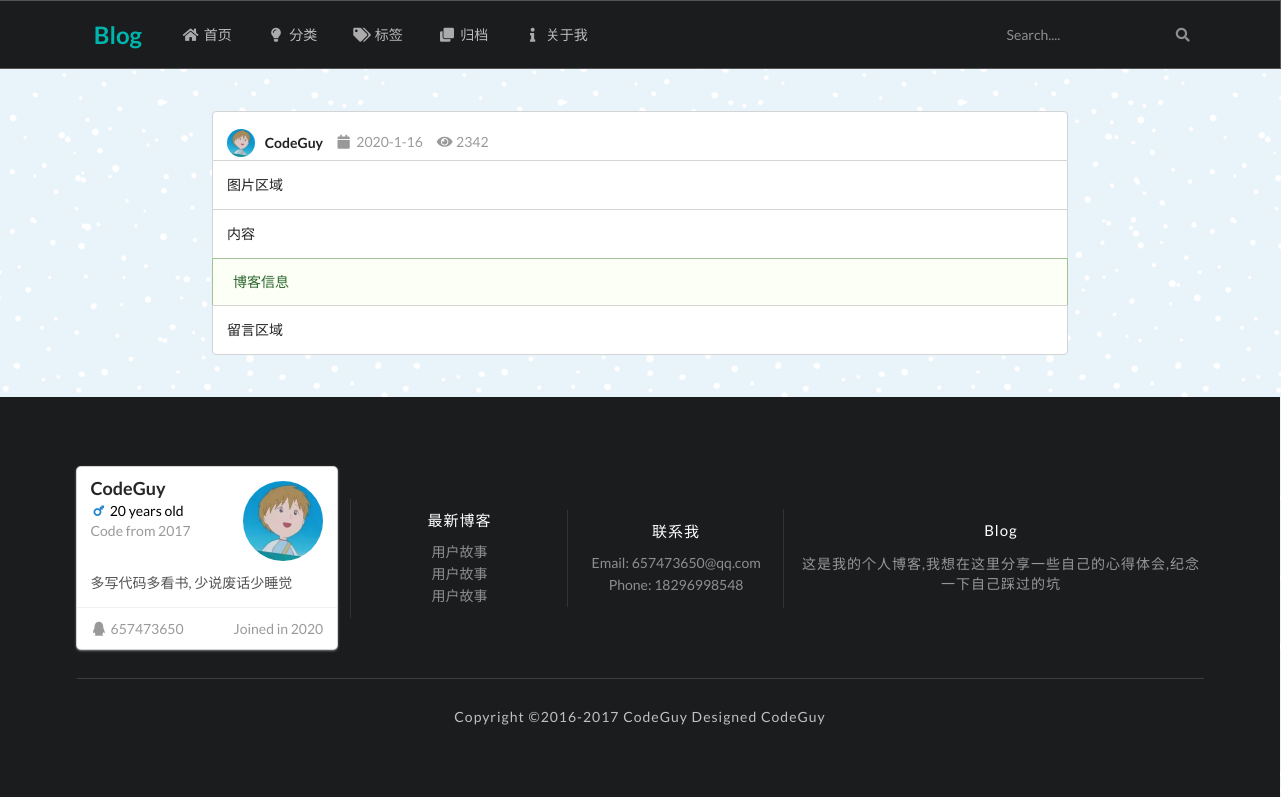
Repository: GOGOHQ/myblog
Page: blog.html
An editor plug-in stored every save of this project. The page is shown before and after the next save, followed by the edit.
The browser window is 1280 px wide. The page is 1281 px wide, so the pictures cover 1281 px, including what lies to the right of the window. The pictures show the whole page.
Some web libraries are served in a nearby version.

Above is the page before, as saved 2020-01-17 13:04:20.

After the next save:
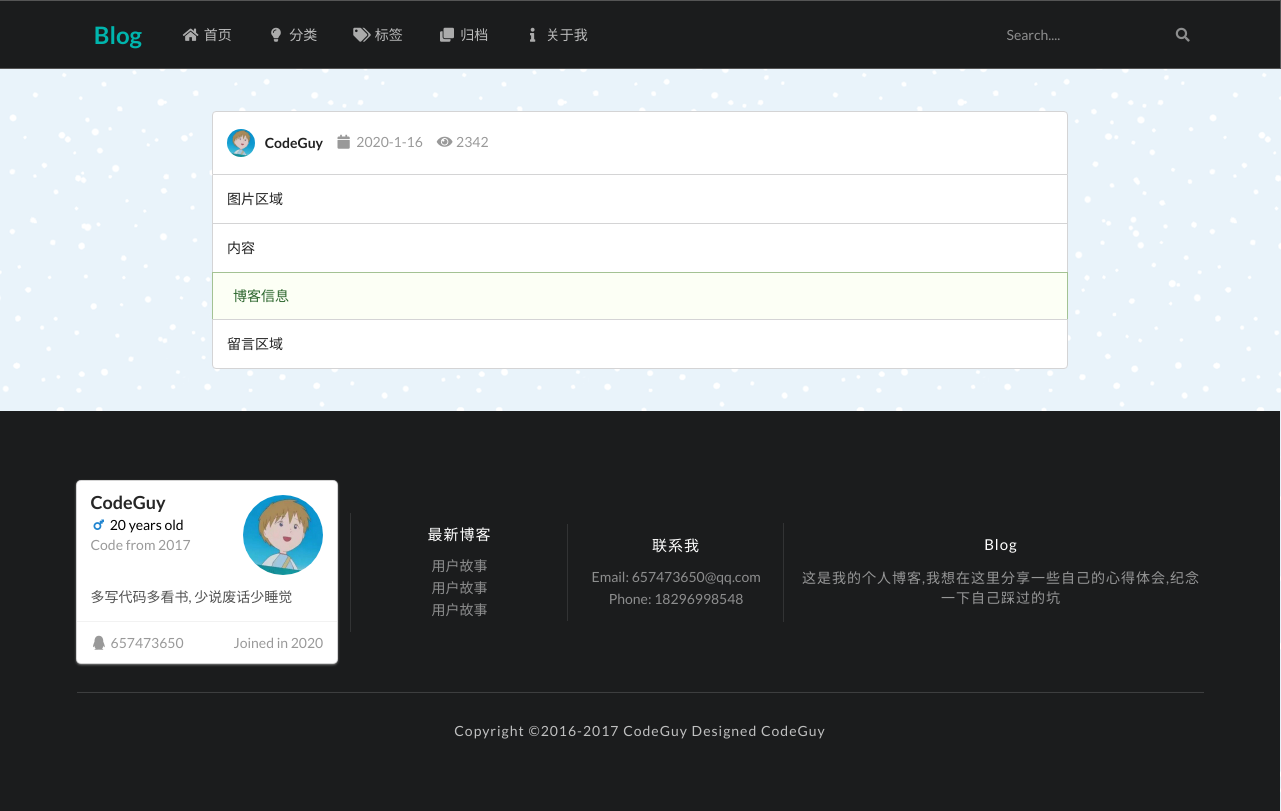
Saved 6 s later.
--- a/blog.html
+++ b/blog.html
@@ -37,7 +37,7 @@
 <!-- 内容 -->
 <div class="m-padded-tb-big m-small-container">
     <div class="ui container">
-        <div class="ui top attached segment" style="padding-bottom: 0px;">
+        <div class="ui top attached segment">
             <div class="ui horizontal link list ">
                 <div class="item">
                     <img src="static/images/avatar.jpg" alt="" class="ui avatar image">
